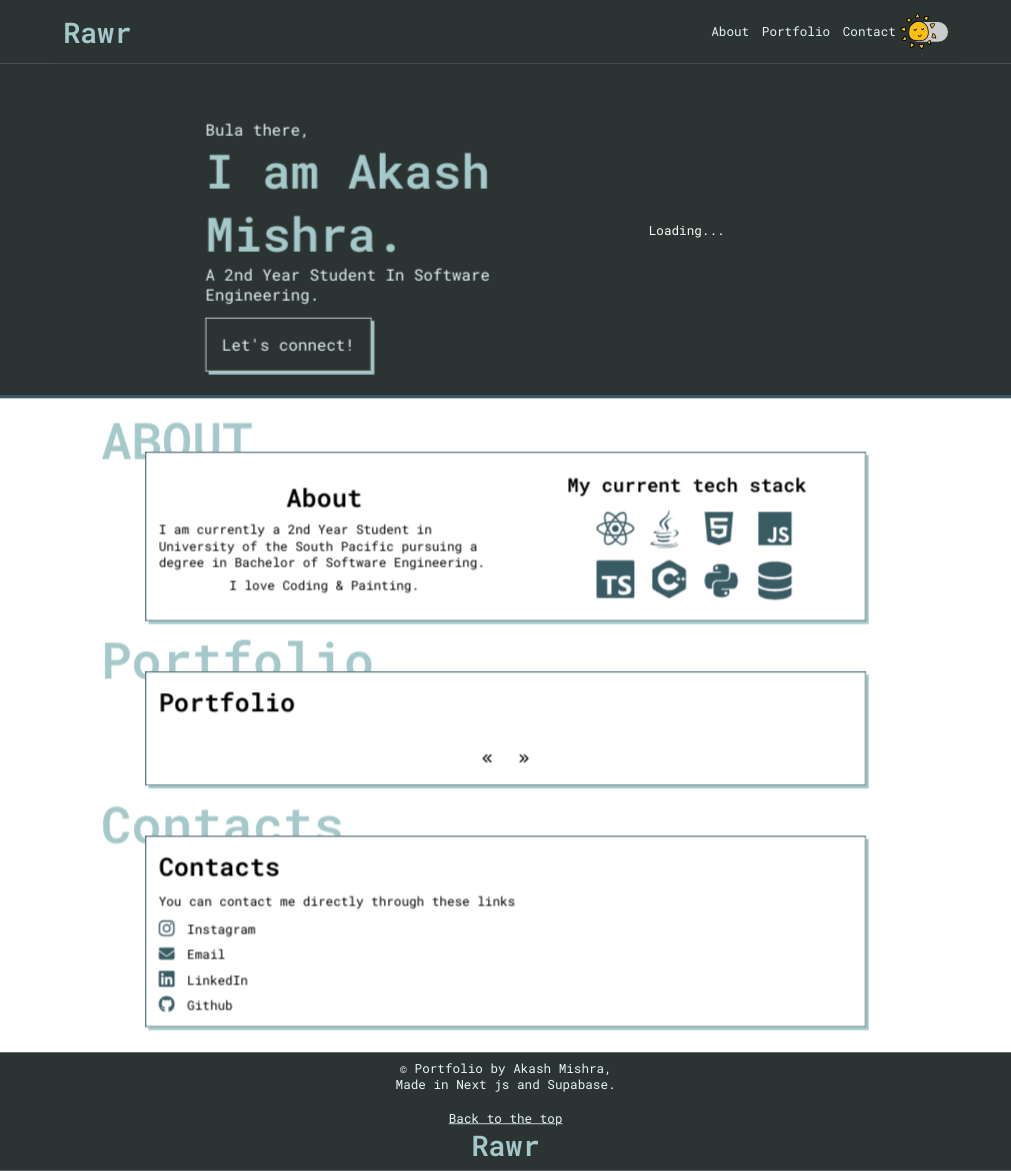
Repository: akashrawr/personal-portfolio
Page: /
An editor plug-in stored every save of this project. The page is shown before and after the next save, followed by the edit.
The browser window is 1280 px wide. The pictures show the whole page, at 79% of full size.
The page's requests for data from a server got no answer. The project was rebuilt for these pictures with package versions that can differ from the ones it lists, and the page was loaded fresh each time. The framework's server and built-in components were replaced by stand-ins that run in the browser. No one was signed in, and anything a server would have sent is missing. Also part of the build but not shown: next.config.ts.

Above is the page before, as saved 2025-01-02 21:23:55.

After the next save:
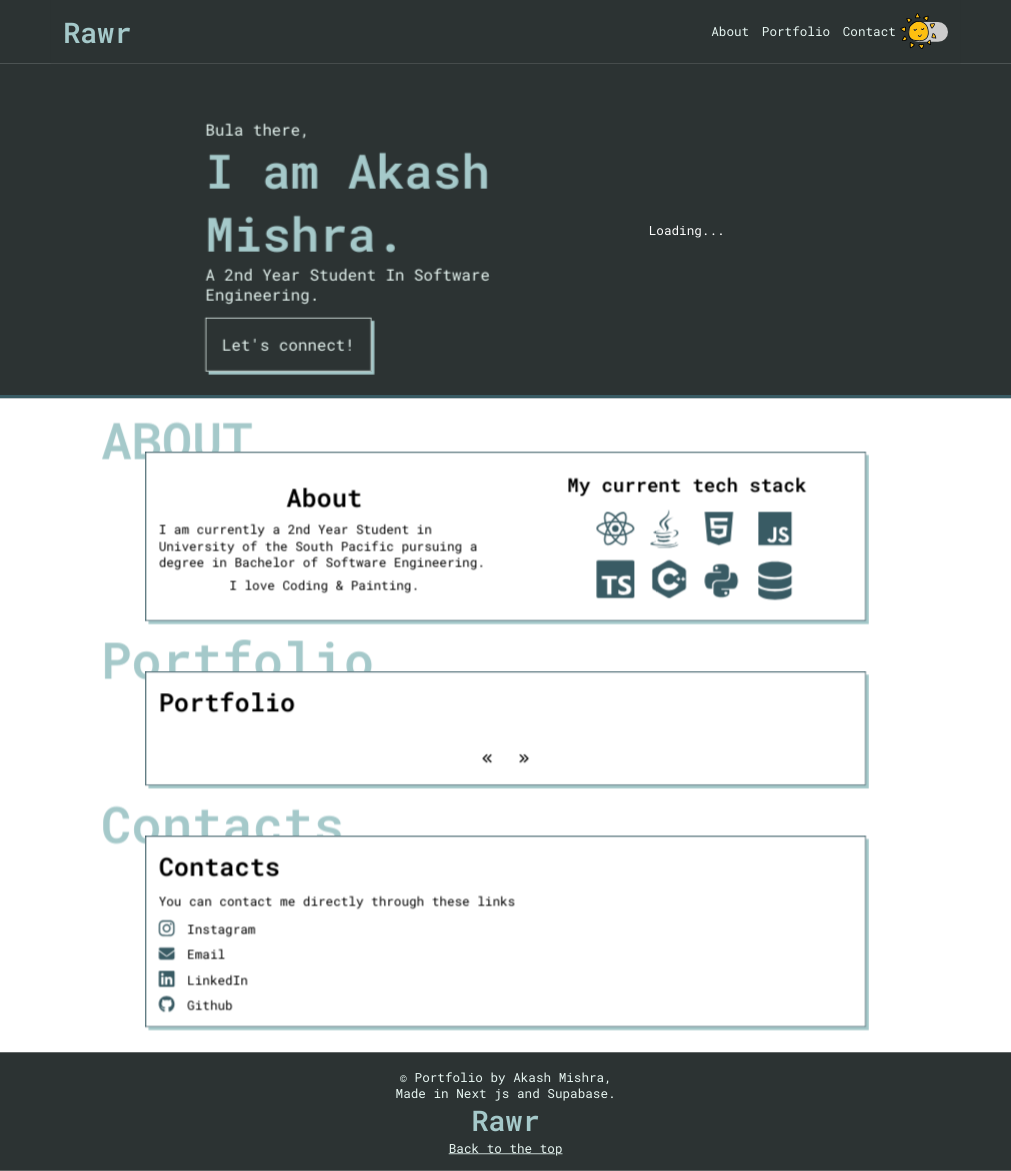
Saved 29 s later.
--- a/app/components/Footer.tsx
+++ b/app/components/Footer.tsx
@@ -5,11 +5,11 @@ const Footer: React.FC = () => {
     <footer>
       <div className="footer-content">
         © Portfolio by Akash Mishra,  <br />
-        Made in Next js and Supabase. <br /><br />
-        <a href="#hero">Back to the top</a>
+        Made in Next js and Supabase. <br />
         <div className="nav-logo">
           <h1>Rawr</h1>
         </div>
+        <a href="#hero">Back to the top</a>
       </div>
     </footer>
   );
